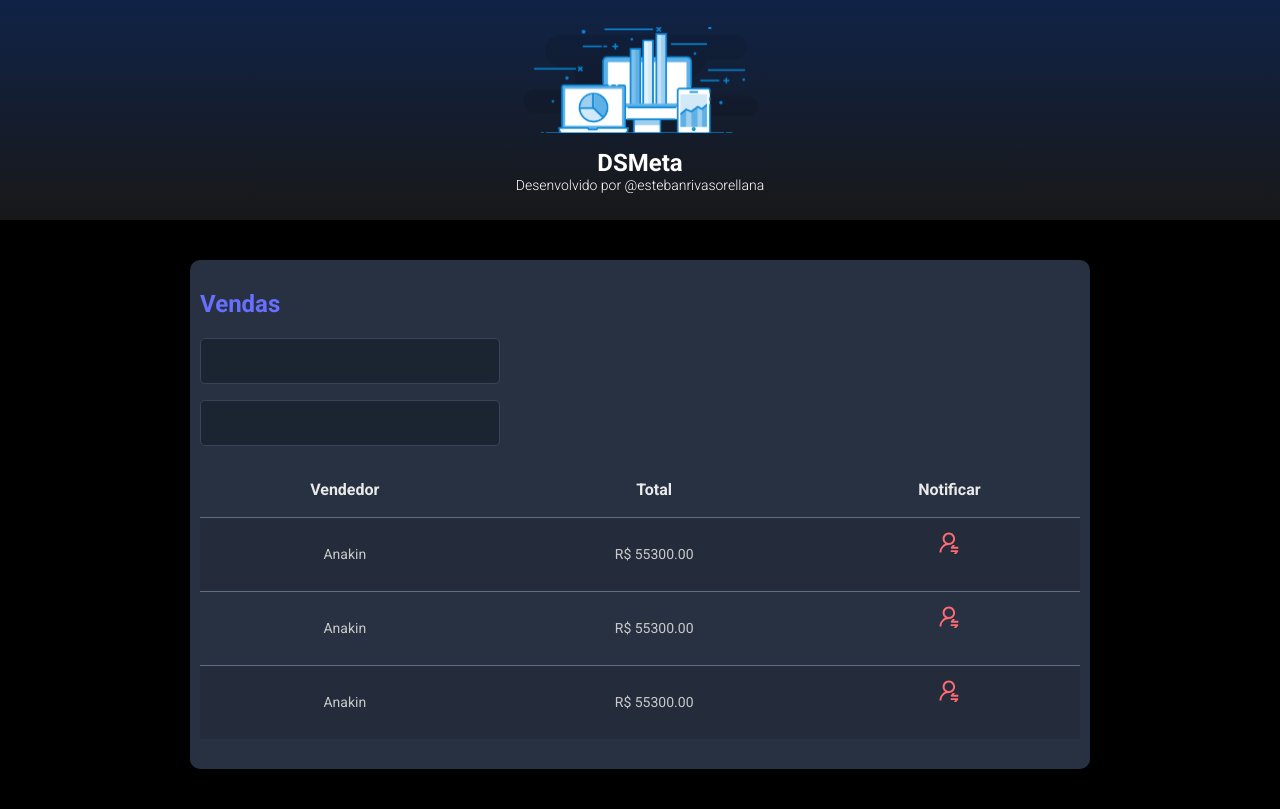
Repository: estebanrivas/dsmeta-css
Page: index.html
An editor plug-in stored every save of this project. The page is shown before and after a run of saves, followed by the edit.
The browser window is 1280 px wide. The pictures show the whole page.

Above is the page before, as saved 2022-09-08 22:13:11.

### index.html
<!DOCTYPE html>
<html lang="en">

<head>
    <meta charset="UTF-8">
    <meta http-equiv="X-UA-Compatible" content="IE=edge">
    <meta name="viewport" content="width=device-width, initial-scale=1.0">
    <title>DSMeta</title>

    <link rel="stylesheet" href="css/styles.css">
</head>

<body>
    <header>
        <div class="dsmeta-logo-container">
            <img src="images/logo.svg" alt="DSMeta">
            <h1>DSMeta</h1>
            <p>Desenvolvido por
                <a href="https://www.instagram.com/estebanrivasorellana/">@estebanrivasorellana</a>
            </p>
        </div>
    </header>

    <main>
        <section id="sales">
            <div class="dsmeta-container">
                <div class="dsmeta-card">
                    <h2 class="dsmeta-sales-title">Vendas</h2>

                    <div>
                        <div class="dsmeta-form-control-container">
                            <input class="dsmeta-form-control" type="text">
                        </div>
                        <div class="dsmeta-form-control-container">
                            <input class="dsmeta-form-control" type="text">
                        </div>
                    </div>

                    <div>
                        <table class="dsmeta-sales-table">
                            <thead>
                                <tr>
                                    <th>Vendedor</th>
                                    <th>Total</th>
                                    <th>Notificar</th>
                                </tr>
                            </thead>
                            <tbody>
                                <tr>
                                    <td>Anakin</td>
                                    <td>R$ 55300.00</td>
                                    <td>
                                        <div>
                                            <div class="dsmeta-red-btn">
                                                <img src="images/notification-icon.svg" alt="Notificar">
                                            </div>
                                        </div>
                                    </td>
                                </tr>
                                <tr>
                                    <td>Anakin</td>
                                    <td>R$ 55300.00</td>
                                    <td>
                                        <div>
                                            <div class="dsmeta-red-btn">
                                                <img src="images/notification-icon.svg" alt="Notificar">
                                            </div>
                                        </div>
                                    </td>
                                </tr>
                                <tr>
                                    <td>Anakin</td>
                                    <td>R$ 55300.00</td>
                                    <td>
                                        <div>
                                            <div class="dsmeta-red-btn">
                                                <img src="images/notification-icon.svg" alt="Notificar">
                                            </div>
                                        </div>
                                    </td>
                                </tr>
                            </tbody>
                        </table>
                    </div>
                </div>
            </div>
        </section>
    </main>


</body>

</html>

### css/styles.css
@import url("https://fonts.googleapis.com/css2?family=Roboto:wght@300;400;700&display=swap");

* {
  font-family: "Roboto", sans-serif;
  box-sizing: border-box;
  margin: 0;
  padding: 0;
}

body,
html {
  background-color: #000;
  color: #fff;
}

a,
a:hover,
a:visited {
  color: unset;
  text-decoration: none;
}

header {
  height: 220px;
  background: linear-gradient(180deg, #102347 0%, #181818 100%);
  display: flex;
  align-items: center;
  justify-content: center;
}

.dsmeta-logo-container {
  display: flex;
  flex-direction: column;
  align-items: center;
}

.dsmeta-logo-container img {
  width: 235px;
}

.dsmeta-logo-container h1 {
  padding-top: 15px;
  font-size: 24px;
}

.dsmeta-logo-container p {
  font-size: 14px;
  font-weight: 300;
}

#sales {
  padding: 40px 10px;
}

.dsmeta-container {
  width: 100%;
  max-width: 900px;
  margin: 0 auto;
}

.dsmeta-card {
  background-color: #283142;
  border-radius: 10px;
  padding: 30px 10px;
}

.dsmeta-form-control-container {
  margin-bottom: 16px;
  max-width: 300px;
}

.dsmeta-form-control {
  width: 100%;
  height: 46px;
  background-color: #1b2531;
  border: 1px solid #384459;
  border-radius: 5px;
  color: #9aaabe;
  padding: 0 20px;
  font-size: 18px;
  font-weight: 400;
}

.dsmeta-sales-title {
  color: #676fff;
  font-size: 24px;
  margin-bottom: 20px;
}

.dsmeta-sales-table {
  width: 100%;
  border-spacing: 0;
  border-collapse: collapse;
}

.dsmeta-sales-table thead {
  height: 55px;
  font-size: 16px;
  color: #e9e9e9;
  font-weight: 700;
}

.dsmeta-sales-table tbody {
  font-size: 14px;
  font-weight: 400;
  color: #c9c9c9;
  text-align: center;
}

.dsmeta-sales-table tbody tr {
  height: 74px;
  border-top: 1px solid #5f6e82;
}

.dsmeta-sales-table tbody tr:hover > td {
  background-color: #384459;
}

.dsmeta-sales-table tbody tr:nth-child(odd) {
  background-color: #242c3b;
}

.dsmeta-red-btn {
    height: 45px;
}

After the next 3 saves:
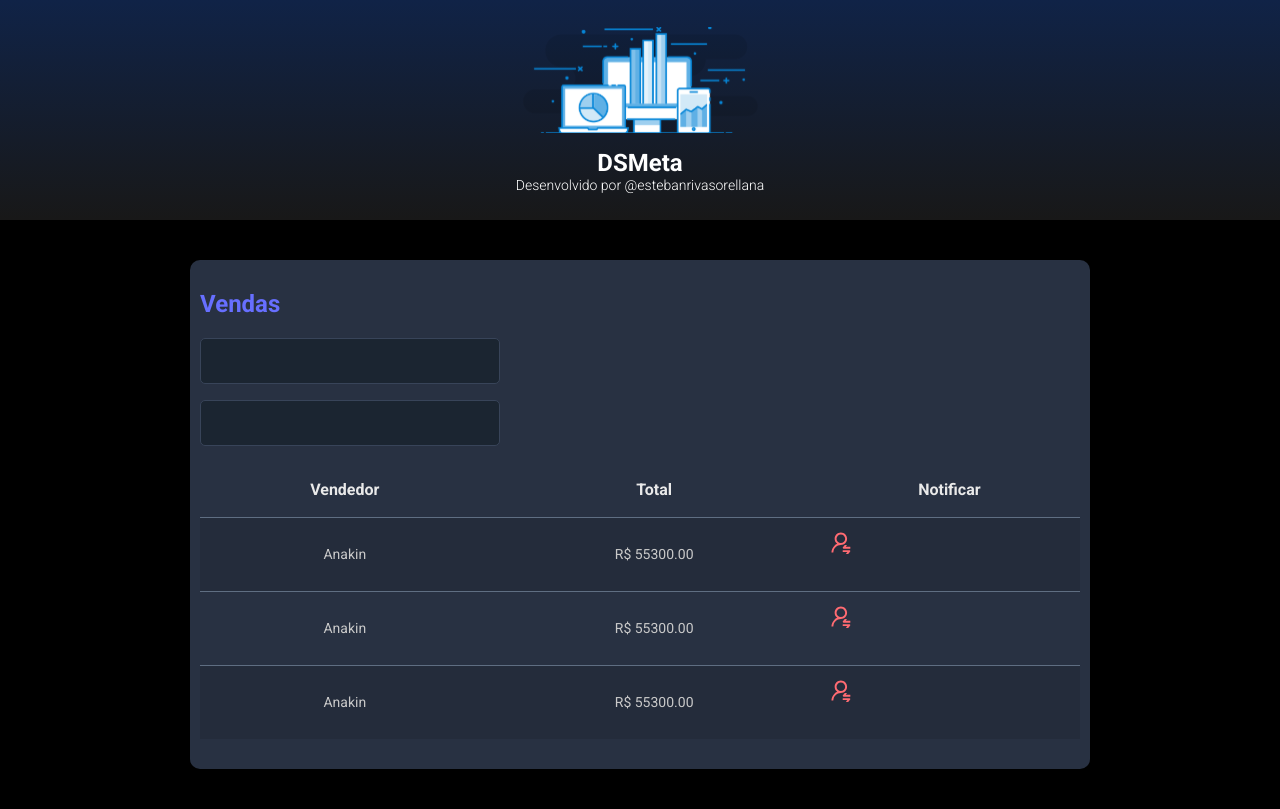
The 3 saves are shown as one change because they came seconds apart.
The last was saved 7 s later.
--- a/css/styles.css
+++ b/css/styles.css
@@ -122,4 +122,6 @@ header {
 
 .dsmeta-red-btn {
     height: 45px;
+    width: 45px;
+
 }
